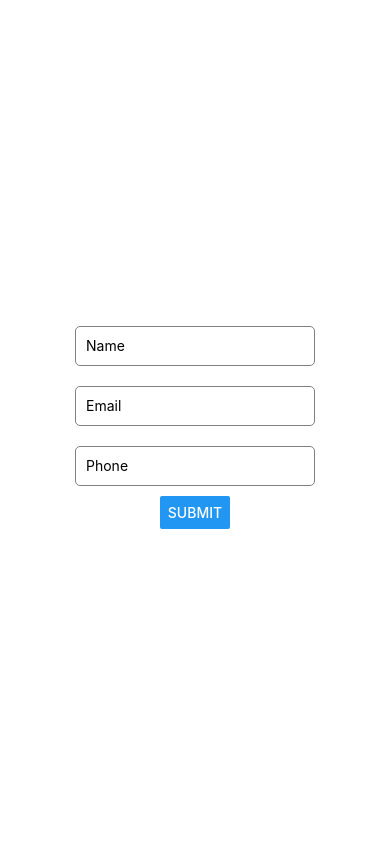
Repository: sweety-124/hse-apps
Page: /
The author's editor kept a copy of each file at every save. The page is drawn from the files as they stood at one save, then again after the next save.
The browser window is 390 px wide. The pictures show the whole page.
The app was drawn by React Native's web renderer in a window 390 px wide. The project was rebuilt for these pictures with package versions that can differ from the ones it lists, and the page was loaded fresh each time.

Above is the page before, as saved 2023-02-28 11:56:12.

After the next save:
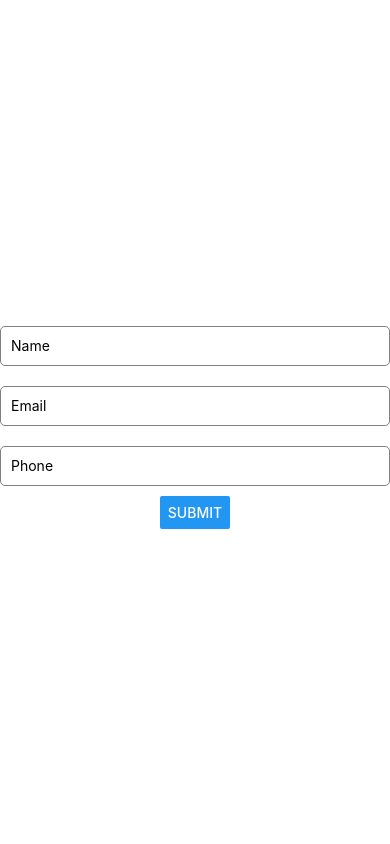
Saved 2 min 6 s later.
--- a/components/form.tsx
+++ b/components/form.tsx
@@ -43,7 +43,8 @@ const styles = StyleSheet.create({
     flex: 1,
     justifyContent: 'center',
     alignItems: 'center',
-    margin: 5,
+    margin: 20,
+    minWidth:'100%'
   },
   input: {
     height: 40,
